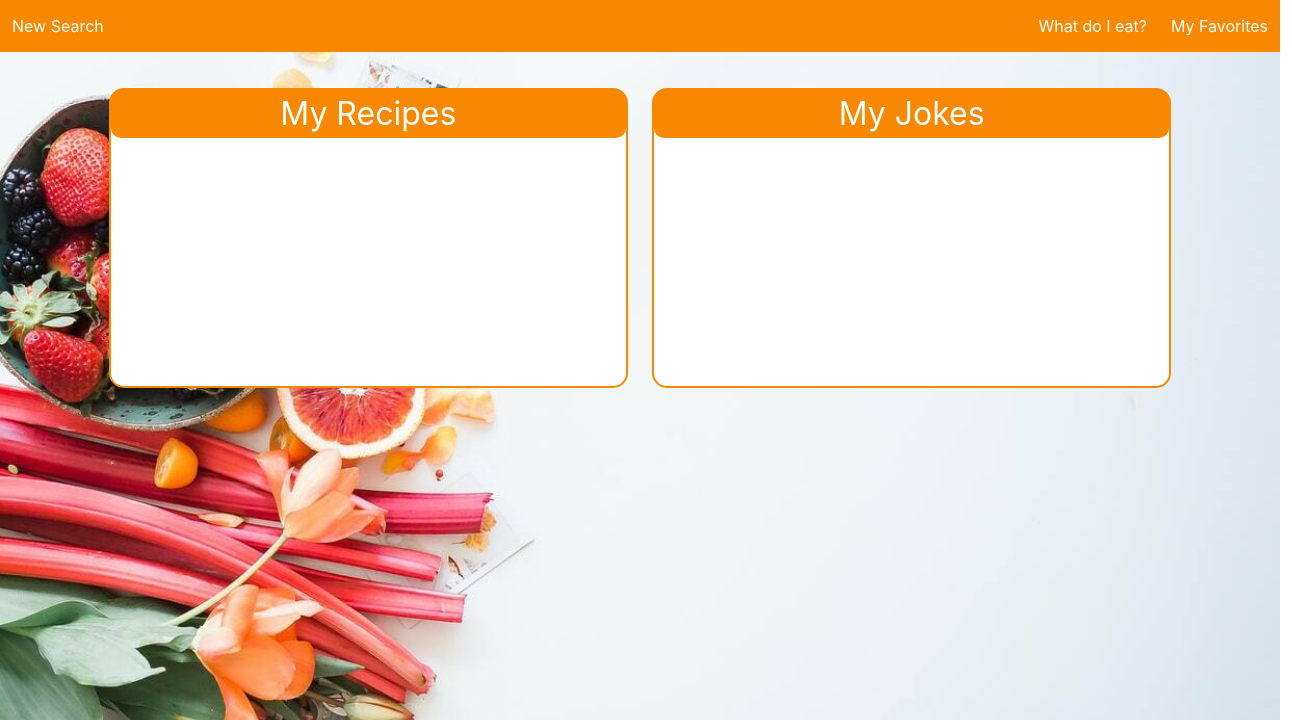
Repository: puakehaulani/the-hungry-app-proj1
Page: favorites.html
These files come from the project's save history. The page is drawn as it stood at one moment and after the next save; the edit follows.
The browser window is 1280 px wide. The page is 1292 px wide, so the pictures cover 1292 px, including what lies to the right of the window. The pictures show the whole page.
Some web libraries are served in a nearby version.

Above is the page before, as saved 2020-10-16 21:20:31.

### favorites.html
<!DOCTYPE html>
<html lang="en">
<head>
    <meta charset="UTF-8">
    <meta name="viewport" content="width=device-width, initial-scale=1.0">
    <title>Document</title>
    <!-- reset css -->
    <link rel="stylesheet" href="assets/style/reset.css">
    <!-- bulma cdn -->
    <link rel="stylesheet" href="https://cdnjs.cloudflare.com/ajax/libs/bulma/0.9.1/css/bulma.min.css">
    <!-- project css style sheet -->
    <link rel="stylesheet" href="assets/style/style.css">
</head>
<body>
    <nav class="navbar" role="navigation" aria-label="main navigation">
        <div class="navbar-menu">
            <!-- search new item link  -->
            <div class="navbar-item">
                <a href="index.html">New Search</a>
            </div>
        </div>
        <!-- navbar brand in the middle  -->
        <div class="navbar-item">
            What do I eat?
        </div>
        <!-- link to favorites page on the left -->
        <div class="navbar-end">
            <div class="navbar-item">
                <a href="favorites.html">My Favorites </a>
            </div>
        </div>
    </nav>

    <div class="columns has-text-centered mt-5">
        <div class="column is-offset-1 is-5 is-offset-1-mobile is-10-mobile">
            <div id="favRecipes">
                <h1>My Recipes</h1>
                <!-- add favorite recipes here -->
            </div>
        </div>
        <div class="column is-5 is-offset-1-mobile is-10-mobile">
            <div id="favJokes">
                <h1>My Jokes</h1>
                <!-- add favorite jokes here -->
            </div>
        </div>
    </div>
<!-- bulma fontawesome -->
<script defer src="https://use.fontawesome.com/releases/v5.14.0/js/all.js"></script>
<!-- jquery cdn -->
<script src="https://code.jquery.com/jquery-3.5.1.min.js" integrity="sha256-9/aliU8dGd2tb6OSsuzixeV4y/faTqgFtohetphbbj0=" crossorigin="anonymous"></script>
<!-- Our JS -->
<script src="assets/script/favorites.js"></script>
</body>
</html>

### assets/style/style.css

html{
    background-image: url(images/foodOnSIde.jpg);
    background-size: cover;
    background-repeat: no-repeat;
}

.navbar{
    background-color: #F78800;
}

.navbar-item{
    color: white;
}

.navbar-item a{
    color: white;
}

.button{
    background-color: #f78800;
    color: white;
}

#ingredientSearch{
    display: inline-block;
}

th{
    background-color: #f78800;
    color: white !important;
}

/* Elements that only exist on results html*/

#favRecipes{
    min-height: 300px;
    color: black;
    background-color: white;
    border-style: solid;
    border-width: 2px;
    border-radius: 15px;
    border-color: #F78800;
}

#favRecipes h1{
    background-color: #F78800;
    font-size: 2rem;
    color: white;
    border-radius: 10px;
}

#favJokes{
    min-height: 300px;
    color: black;
    background-color: white;
    border-style: solid;
    border-width: 2px;
    border-radius: 15px;
    border-color: #F78800;
}

#favJokes h1{
    background-color: #F78800;
    font-size: 2rem;
    color: white;
    border-radius: 10px;
}

Loaded but not shown: assets/style/reset.css (common file); assets/script/favorites.js (no copy from this time; the picture is the same without it)

After the next save:
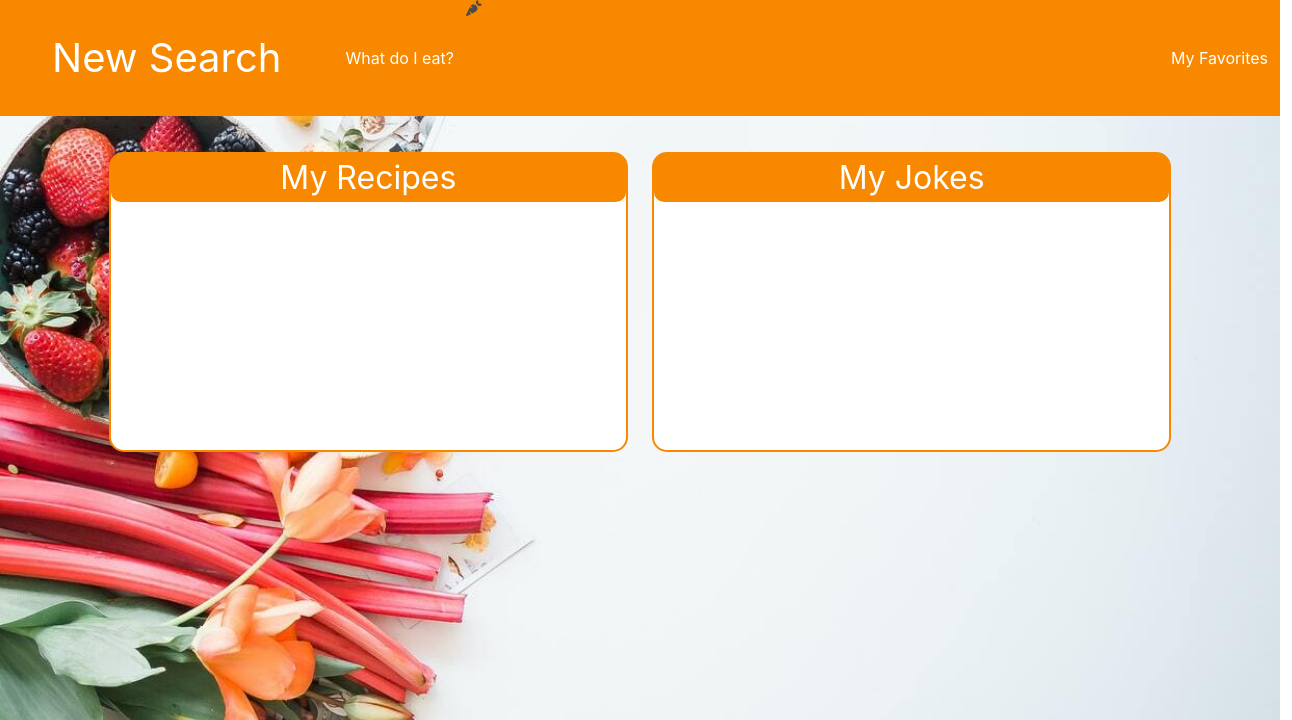
Saved 2 min 2 s later.
--- a/favorites.html
+++ b/favorites.html
@@ -16,6 +16,9 @@
         <div class="navbar-menu">
             <!-- search new item link  -->
             <div class="navbar-item">
+    <nav class="tabs is-centered is-size-5-mobile is-size-3-tablet is-size-2-widescreen" role="navigation" aria-label="main navigation">
+        <!-- search new item link  -->
+        <div class="level-item">
                 <a href="index.html">New Search</a>
             </div>
         </div>
@@ -23,9 +26,11 @@
         <div class="navbar-item">
             What do I eat?
         </div>
+        <i class="fas fa-carrot level-item"></i>
         <!-- link to favorites page on the left -->
         <div class="navbar-end">
             <div class="navbar-item">
+        <div class="level-item">
                 <a href="favorites.html">My Favorites </a>
             </div>
         </div>
